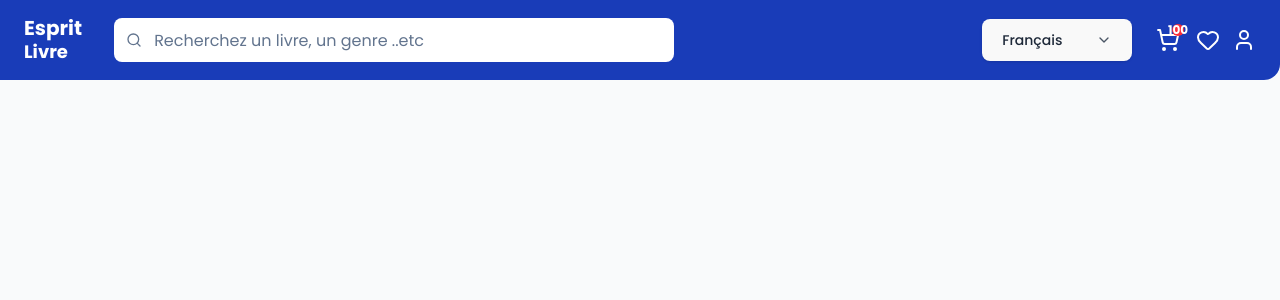
Repository: oussamabenberkane/esprit-livre-front
Page: /
The author's editor kept a copy of each file at every save. The page is drawn from the files as they stood at one save, then again after the next save.
The browser window is 1280 px wide. The pictures show the whole page.
The project was rebuilt for these pictures with package versions that can differ from the ones it lists, and the page was loaded fresh each time. Also part of the build but not shown: vite.config.js.

Above is the page before, as saved 2025-09-25 20:26:00.

### index.html
<!doctype html>
<html lang="en">
  <head>
    <meta charset="UTF-8" />
    <link rel="icon" type="image/svg+xml" href="/vite.svg" />
    <meta name="viewport" content="width=device-width, initial-scale=1.0" />
    <title>espritlivrefront</title>
  </head>
  <body>
    <div id="root"></div>
    <script type="module" src="/src/main.jsx"></script>
  </body>
</html>

### src/index.css
@import url('https://fonts.googleapis.com/css2?family=Poppins:wght@300;400;500;600;700&display=swap');
@import "tailwindcss";

:root {
  font-family: 'Poppins', system-ui, Avenir, Helvetica, Arial, sans-serif;
  line-height: 1.5;
  font-weight: 400;

  color-scheme: light dark;
  color: rgba(255, 255, 255, 0.87);
  background-color: #242424;

  font-synthesis: none;
  text-rendering: optimizeLegibility;
  -webkit-font-smoothing: antialiased;
  -moz-osx-font-smoothing: grayscale;
}

a {
  font-weight: 500;
  color: #646cff;
  text-decoration: inherit;
}

a:hover {
  color: #535bf2;
}

body {
  margin: 0;
  display: flex;
  place-items: center;
  min-width: 320px;
  min-height: 100vh;
}

h1 {
  font-size: 3.2em;
  line-height: 1.1;
}

button {
  border-radius: 8px;
  border: 1px solid transparent;
  padding: 0.6em 1.2em;
  font-size: 1em;
  font-weight: 500;
  font-family: inherit;
  background-color: #1a1a1a;
  cursor: pointer;
  transition: border-color 0.25s;
}

button:hover {
  border-color: #646cff;
}

button:focus,
button:focus-visible {
  outline: 4px auto -webkit-focus-ring-color;
}

@media (prefers-color-scheme: light) {
  :root {
    color: #213547;
    background-color: #ffffff;
  }

  a:hover {
    color: #747bff;
  }

  button {
    background-color: #f9f9f9;
  }
}

### src/App.jsx
import Navbar from './components/common/Navbar';

function App() {
  return (
    <div className="min-h-screen min-w-screen bg-gray-50">
      <Navbar />
      {/* Reste de votre contenu */}
    </div>
  );
}

export default App;

### src/components/common/Navbar.jsx
import { Search, ChevronDown, ShoppingCart, Heart, User } from 'lucide-react';
import LanguageToggle from '../animations/LanguageToggle';


// Logo Component
const Logo = () => (
    <div className="flex flex-col text-white">
        <div className="text-xl font-bold leading-tight">Esprit</div>
        <div className="text-lg font-bold leading-tight">Livre</div>
    </div>
);

// Search Bar Component
const SearchBar = ({ placeholder = "Recherchez un livre, un genre ..etc", onSearch }) => (
    <div className="relative bg-white rounded-lg h-11 w-140 flex items-center">
        <div className="absolute left-3 w-4 h-4 text-slate-500">
            <Search className="w-full h-full" />
        </div>
        <input
            type="text"
            placeholder={placeholder}
            onChange={onSearch}
            className="w-full h-full pl-10 pr-4 text-md text-black bg-transparent border-none outline-none placeholder:text-slate-500"
        />
    </div>
);

// User Actions Component
const UserActions = ({ cartCount = 0, onCartClick, onFavoritesClick, onUserClick }) => (
    <div className="flex items-center gap-2">
        {/* Cart with notification */}
        <div className="relative cursor-pointer hover:opacity-80 transition-opacity" onClick={onCartClick}>
            <div className="w-6 h-6 text-white">
                <ShoppingCart className="w-full h-full" />
            </div>
            {cartCount > 0 && (
                <div className="absolute -top-1 -right-1 w-3 h-3 bg-red-500 rounded-full flex items-center justify-center">
                    <span className="text-xs text-white font-black leading-none">{cartCount}</span>
                </div>
            )}
        </div>

        {/* Favorites */}
        <div
            className="w-6 h-6 ml-2 text-white cursor-pointer hover:opacity-80 transition-opacity"
            onClick={onFavoritesClick}
        >
            <Heart className="w-full h-full" />
        </div>

        {/* User Account */}
        <div
            className="w-6 h-6 ml-1 text-white cursor-pointer hover:opacity-80 transition-opacity"
            onClick={onUserClick}
        >
            <User className="w-full h-full" />
        </div>
    </div>
);

// Main Navbar Component
const Navbar = ({
    searchPlaceholder,
    cartCount,
    onSearch,
    onCartClick,
    onFavoritesClick,
    onUserClick
}) => (
    <div className="w-full bg-blue-800 rounded-br-2xl px-6 py-3 h-20">
        <div className="flex items-center w-full h-full">
            {/* Logo */}
            <div className="flex-shrink-0">
                <Logo />
            </div>

            {/* Search Bar */}
            <div className="flex-shrink-0 ml-8">
                <SearchBar placeholder={searchPlaceholder} onSearch={onSearch} />
            </div>

            {/* Spacer */}
            <div className="flex-1"></div>

            {/* Language Selector */}
            <div className="flex-shrink-0 mr-6">
                <LanguageToggle />
            </div>

            {/* User Actions */}
            <div className="flex-shrink-0">
                <UserActions
                    cartCount={cartCount}
                    onCartClick={onCartClick}
                    onFavoritesClick={onFavoritesClick}
                    onUserClick={onUserClick}
                />
            </div>
        </div>
    </div>
);

// Demo usage
export default function App() {
    const handleSearch = (e) => {
        console.log('Search:', e.target.value);
    };

    const handleLanguageChange = () => {
        console.log('Language selector clicked');
    };

    const handleCartClick = () => {
        console.log('Cart clicked');
    };

    const handleFavoritesClick = () => {
        console.log('Favorites clicked');
    };

    const handleUserClick = () => {
        console.log('User account clicked');
    };

    return (
        <Navbar
            cartCount={100}
            onSearch={handleSearch}
            onLanguageChange={handleLanguageChange}
            onCartClick={handleCartClick}
            onFavoritesClick={handleFavoritesClick}
            onUserClick={handleUserClick}
        />
    );
}

### src/components/animations/LanguageToggle.jsx
import React, { useState } from 'react';
import { motion, AnimatePresence } from 'framer-motion';
import { ChevronDown } from 'lucide-react';

const LanguageToggle = ({ onLanguageChange }) => {
    const [currentLang, setCurrentLang] = useState('fr');

    const handleToggle = () => {
        const newLang = currentLang === 'fr' ? 'en' : 'fr';
        setCurrentLang(newLang);
        if (onLanguageChange) {
            onLanguageChange(newLang);
        }
    };

    const getCurrentLanguageLabel = () => {
        return currentLang === 'fr' ? 'Français' : 'English';
    };

    return (
        <motion.button
            whileHover={{ scale: 1.05 }}
            whileTap={{ scale: 0.95 }}
            onClick={handleToggle}
            className="relative bg-white rounded-md px-4 py-2.5 min-w-[150px] flex items-center justify-between cursor-pointer hover:bg-gray-50 transition-colors shadow-sm overflow-hidden"
        >
            <AnimatePresence mode="wait">
                <motion.span
                    key={currentLang}
                    initial={{ opacity: 0, y: +10 }}
                    animate={{ opacity: 1, y: 0 }}
                    exit={{ opacity: 0, y: +10 }}
                    transition={{
                        duration: 0.3,
                        ease: "easeInOut"
                    }}
                    className="text-sm font-medium text-gray-800"
                >
                    {getCurrentLanguageLabel()}
                </motion.span>
            </AnimatePresence>

            <motion.div
                animate={{ rotate: currentLang === 'en' ? 180 : 0 }}
                transition={{ duration: 0.4 }}
                className="ml-2"
            >
                <ChevronDown className="w-4 h-4 text-gray-600" />
            </motion.div>
        </motion.button>
    );
};

export default LanguageToggle;

Loaded but not shown: src/main.jsx (common file)

After the next save:
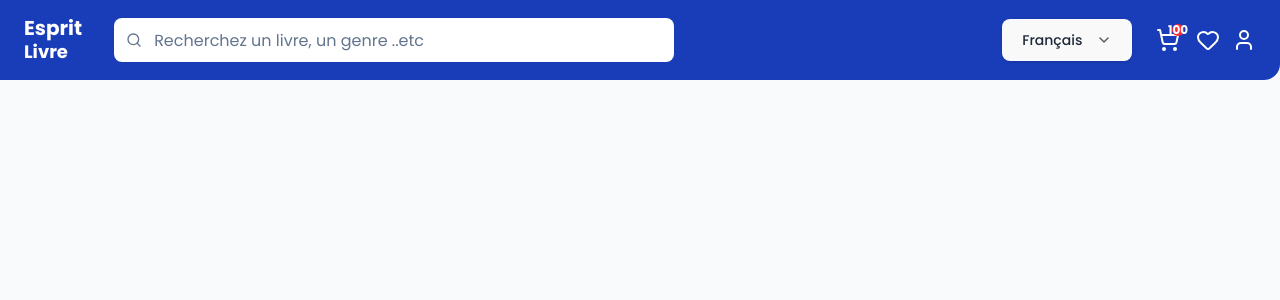
Saved 5 s later.
--- a/src/components/animations/LanguageToggle.jsx
+++ b/src/components/animations/LanguageToggle.jsx
@@ -22,7 +22,7 @@ const LanguageToggle = ({ onLanguageChange }) => {
             whileHover={{ scale: 1.05 }}
             whileTap={{ scale: 0.95 }}
             onClick={handleToggle}
-            className="relative bg-white rounded-md px-4 py-2.5 min-w-[150px] flex items-center justify-between cursor-pointer hover:bg-gray-50 transition-colors shadow-sm overflow-hidden"
+            className="relative bg-white rounded-md px-4 py-2.5 min-w-[130px] flex items-center justify-between cursor-pointer hover:bg-gray-50 transition-colors shadow-sm overflow-hidden"
         >
             <AnimatePresence mode="wait">
                 <motion.span
